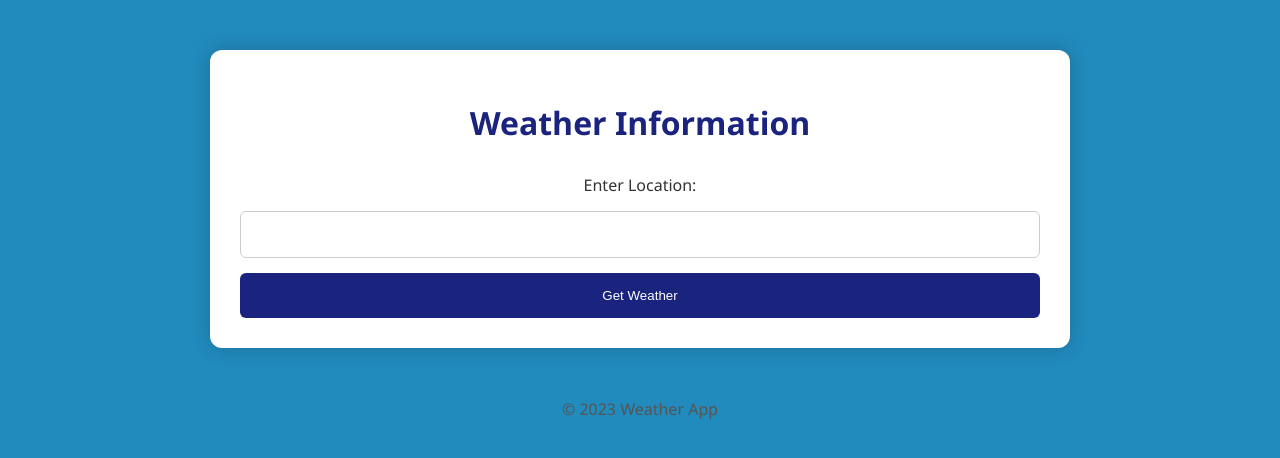
Repository: muke2110/weather
Page: http://localhost/
An editor plug-in stored every save of this project. The page is shown before and after the next save, followed by the edit.
The browser window is 1280 px wide. The pictures show the whole page.
The page is served by the project's Node server (app.js).

Above is the page before, as saved 2023-12-08 19:32:02.

After the next save:
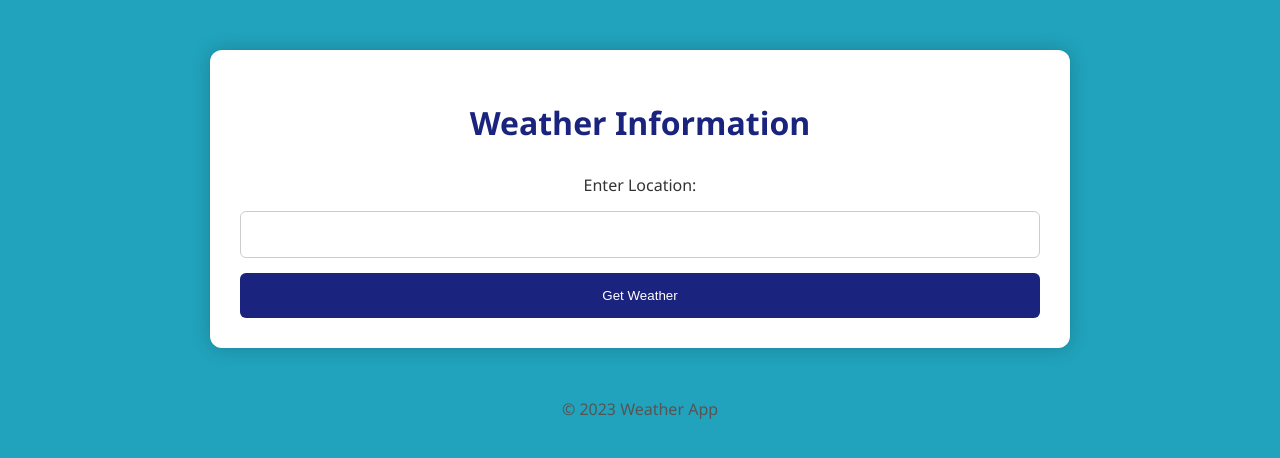
Saved 12 s later.
--- a/public/styles.css
+++ b/public/styles.css
@@ -4,7 +4,7 @@ body {
     font-family: 'Segoe UI', Tahoma, Geneva, Verdana, sans-serif; /* Changed font-family */
     margin: 0;
     padding: 0;
-    background-color: #218bbd; /* Light blue background */
+    background-color: #21a3bd; /* Light blue background */
 }
 
 .container {
